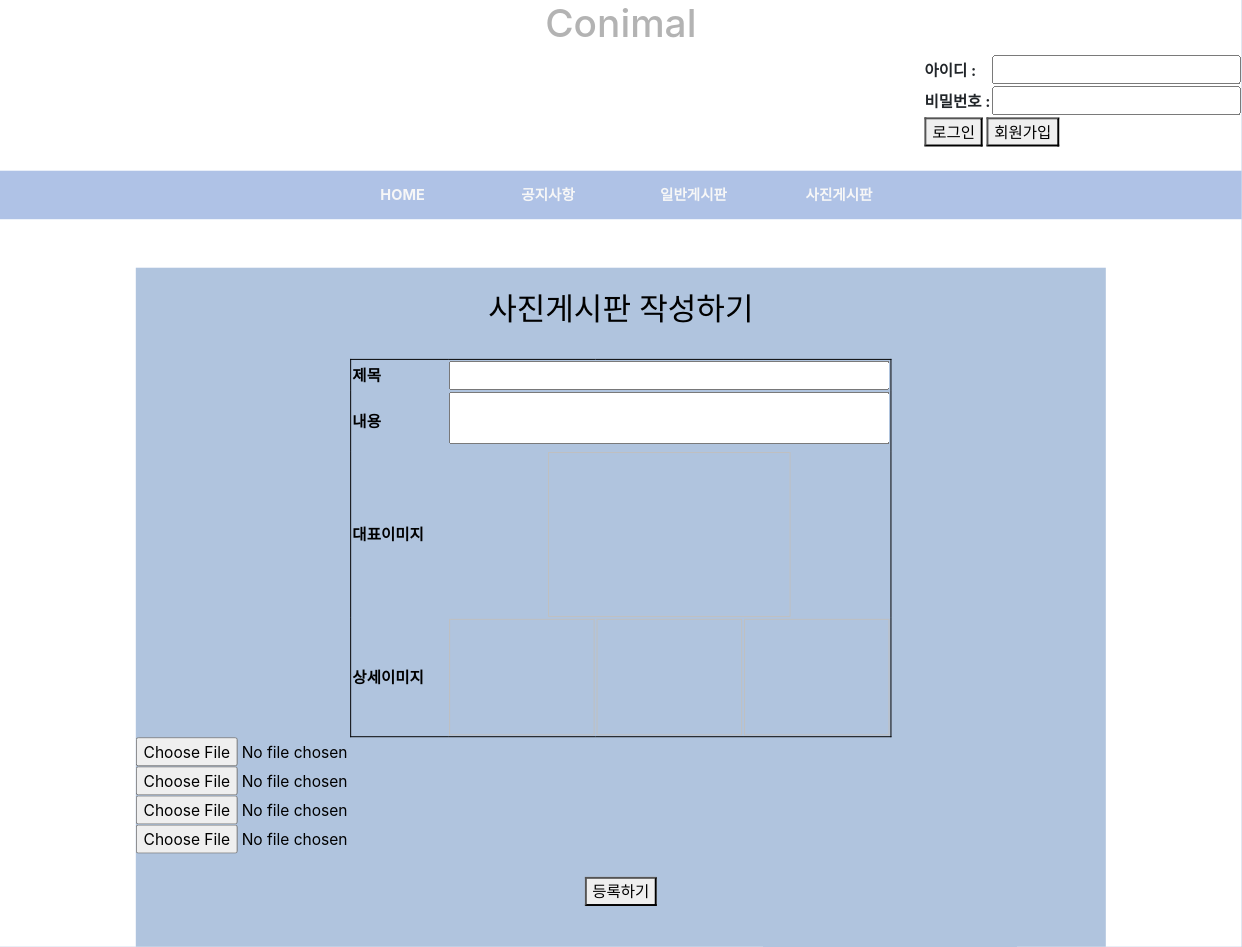
Repository: Young-27/DailyStudy
Page: http://localhost/jspProject/views/board/thumbnailEnrollForm.jsp
The author's editor kept a copy of each file at every save. The page is drawn from the files as they stood at one save, then again after the next save.
The browser window is 1280 px wide. The pictures show the whole page, at 97% of full size.
The page is served by Tomcat 9. Nobody is signed in. The application's start-up code is not run. Other server files are loaded and not shown.

Above is the page before, as saved 2021-05-17 13:04:52.

### Server/web-workspace2/jspProject/WebContent/views/board/thumbnailEnrollForm.jsp
<%@ page language="java" contentType="text/html; charset=UTF-8"
    pageEncoding="UTF-8"%>
<!DOCTYPE html>
<html>
<head>
<meta charset="UTF-8">
<title>Insert title here</title>
<style>
    .outer{
        background: lightsteelblue;
        color: black;
        width: 1000px;
        height: 700px;
        margin: auto;
        margin-top: 50px;
    }
    #enroll-form table{border:1px solid black;}
    #enroll-form input, #enroll-form textarea{width:100%; box-sizing: border-box;}
</style>
</head>
<body>

	<%@ include file="../common/menubar.jsp" %>

    <div class="outer">
        <br><h2 align="center">사진게시판 작성하기</h2><br>

        <form action="" id="enroll-form" method="post" enctype="multipart/form-data">

            <table align="center">
                <tr>
                    <th width="100">제목</th>
                    <td colspan="3"><input type="text" name="title" required></td>
                </tr>
                <tr>
                    <th>내용</th>
                    <td colspan="3">
                        <textarea row="5" style="resize: none;" name="content" required></textarea>
                    </td>

                </tr>
                <tr>
                    <th>대표이미지</th>
                    <td colspan="3" align="center">
                        <img id="titleImg" width="250" height="170">
                    </td>

                </tr>
                <tr>
                    <th>상세이미지</th>
                    <td><img id="contentImg1" width="150" height="120"></td>
                    <td><img id="contentImg2" width="150" height="120"></td>
                    <td><img id="contentImg3" width="150" height="120"></td>
                </tr>
            </table>

            <div id="file-area">
                <input type="file" id="file1" name="file1" onchange="loadImg(this, 1);" required>
                <input type="file" id="file2" name="file2" onchange="loadImg(this, 2);">
                <input type="file" id="file3" name="file3" onchange="loadImg(this, 3);">
                <input type="file" id="file4" name="file4" onchange="loadImg(this, 4);">
            </div>

            <script>
                function loadImg(inputFile, num){
                    // inputFile : 현재 변호가 생긴 input type="file" 요소객체
                    // num : 몇번째 input요소인지 확인 후 해당 그 영역에 미리보기 하기 위해서
                    console.log(inputFile.files.length);

                    if(inputFile.files.length == 1){
                		// 선택된 파일이 존재할 경우
                		// => 선택된 파일을 읽어들여서 그 영역에 맞는 곳에 미리보기

                		// 파일을 읽어들일 FileReader 객체 생성
                		var reader = new FileReader();

                		// 파일을 읽어들이는 메소드 => 해당 파일을 읽어들이는 순간 해당 그 파일만의 고유한 url 부여됨
                		reader.readAsDataURL(inputFile.files[0]);

                		// 파일 읽기가 다 완료되었을 때 실행할 함수를 정의
                		reader.onload = function(e){
                			// 각 영역에 맞춰서 이미지 미리보기
                			switch(num){
	                			case 1: $("#titleImg").attr("src", e.target.result); break;
	                			case 2: $("#contentImg1").attr("src", e.target.result); break;
	                			case 3: $("#contentImg2").attr("src", e.target.result); break;
	                			case 4: $("#contentImg3").attr("src", e.target.result); break;
	                		}
                		}

                	}else{ // 선택된 파일이 사라졌을 경우 => 미리보기 사라지게
                		switch(num){
	            			case 1: $("#titleImg").attr("src", null); break;
	            			case 2: $("#contentImg1").attr("src", null); break;
	            			case 3: $("#contentImg2").attr("src", null); break;
	            			case 4: $("#contentImg3").attr("src", null); break;
            			}
                	}
				}
            </script>

            <br>

            <div align="center">
                <button type="submit">등록하기</button>
            </div>

        </form>

    </div>
</body>
</html>

### Server/web-workspace2/jspProject/WebContent/views/common/menubar.jsp
<%@ page language="java" contentType="text/html; charset=UTF-8"
    pageEncoding="UTF-8" import="com.kh.member.model.vo.Member"%>
<%
	//System.out.println(request.getContextPath()); => /jsp
	String contextPath = request.getContextPath();

	Member loginUser = (Member)session.getAttribute("loginUser");
	// 로그인 전 menubar.jsp 로딩시 : null
	// 로그인 성공 후 menubar.jsp 로딩시 : 로그인 성공한 회원의 정보가 담겨있는 Member객체

	String alertMsg = (String)session.getAttribute("alertMsg");
	// 서비스요청 전 menubar.jsp 로딩시 : null
	// 서비스요청 성공 후 menubar.jsp 로딩시 : alert로 띄워줄 메세지문구

%>
<!DOCTYPE html>
<html>
<head>
<meta charset="UTF-8">
<title>Insert title here</title>
<!-- Latest compiled and minified CSS -->
<link rel="stylesheet" href="https://maxcdn.bootstrapcdn.com/bootstrap/4.5.2/css/bootstrap.min.css">

<!-- jQuery library -->
<script src="https://ajax.googleapis.com/ajax/libs/jquery/3.5.1/jquery.min.js"></script>

<!-- Popper JS -->
<script src="https://cdnjs.cloudflare.com/ajax/libs/popper.js/1.16.0/umd/popper.min.js"></script>

<!-- Latest compiled JavaScript -->
<script src="https://maxcdn.bootstrapcdn.com/bootstrap/4.5.2/js/bootstrap.min.js"></script>
</head>
<style>
    #login-form, #user-info {float:right}
    #user-info a{
        text-decoration: none;
        color: black;
        font-size: 12px;
    }
    .nav-area{background:rgb(175, 194, 230)}
    .menu{
        display:table-cell;
        height: 50px;
        width: 150px;
    }
    .menu a{
        text-decoration: none;
        color: rgb(247, 247, 247);
        font-size: 15px;
        font-weight: bold;
        display: block;
        width: 100%;
        height: 100%;
        line-height: 50px;
    }
    .menu a:hover{
        background: darkgray;
    }
</style>
<body>

	<script>
		var msg = "<%= alertMsg %>";
		// var msg = 성공적으로 로그인 되었습니다.; -> 쌍(홑)따옴표 붙여주지 않으면 해당문구 오류!
		// var msg = "메세지" / "null"

		if(msg != "null"){
			alert(msg);
			// 알림창 띄워준 후 session에 담긴 해당 메세지는 지워줘야함
			// 그렇지 않으면 menubar.jsp가 로딩될때마다 매번 alert가 계속 뜰거임
			<% session.removeAttribute("alertMsg"); %>
		}

    </script>


    <h1 align="center" style="color: rgb(179, 179, 179);">Conimal</h1>

    <div class="login-area">

		<% if(loginUser == null) { %>
	        <!--로그인전에 보이는 로그인폼-->
	        <form id="login-form" action="<%= request.getContextPath() %>/login.me" method="post">
	            <table>
	                <tr>
	                    <th>아이디 : </th>
	                    <td><input type="text" name="userId" required></td>
	                </tr>
	                <tr>
	                    <th>비밀번호 : </th>
	                    <td><input type="password" name="userPwd" required></td>
	                </tr>
	                <tr>
	                    <th colspan="2">
	                        <button type="submit">로그인</button>
	                        <button type="button" onclick="enrollPage();">회원가입</button>
	                    </th>
	                </tr>
	            </table>
	        </form>
	        <script>
	        	function enrollPage(){
	        		//location.href = "<%=contextPath%>/views/member/memberEnrollForm.jsp";
	        		// 웹 애플리케이션의 디렉토리 구조가 url에 노출 => 보안에 위험함

	        		// 단순한 정적인 페이지 요청이라고 해도 반드시 servlet을 거쳐갈것! => url에는 서블릿 매핑값만 노출
	        		location.href = "<%=contextPath%>/enrollForm.me"

	        	}
	        </script>

        <% } else { %>
        	<!-- 로그인성공후 -->
	        <div id="user-info">
	            <b><%= loginUser.getUserName() %>님</b>의 방문을 환영합니다. <br><br>
	            <div align="center">
	                <a href="<%= contextPath %>/myPage.me">마이페이지</a>
	                <a href="<%= contextPath %>/logout.me">로그아웃</a>
	            </div>
	        </div>
		<% } %>


    </div>

    <br clear="both">
    <br>

    <div class="nav-area" align="center">
        <div class="menu"><a href="<%=contextPath%>">HOME</a></div>
        <div class="menu"><a href="<%=contextPath%>/list.no">공지사항</a></div>
        <div class="menu"><a href="<%=contextPath%>/list.bo?currentPage=1">일반게시판</a></div>
        <div class="menu"><a href="<%=contextPath%>/list.th">사진게시판</a></div>

    </div>




</body>
</html>

After the next save:
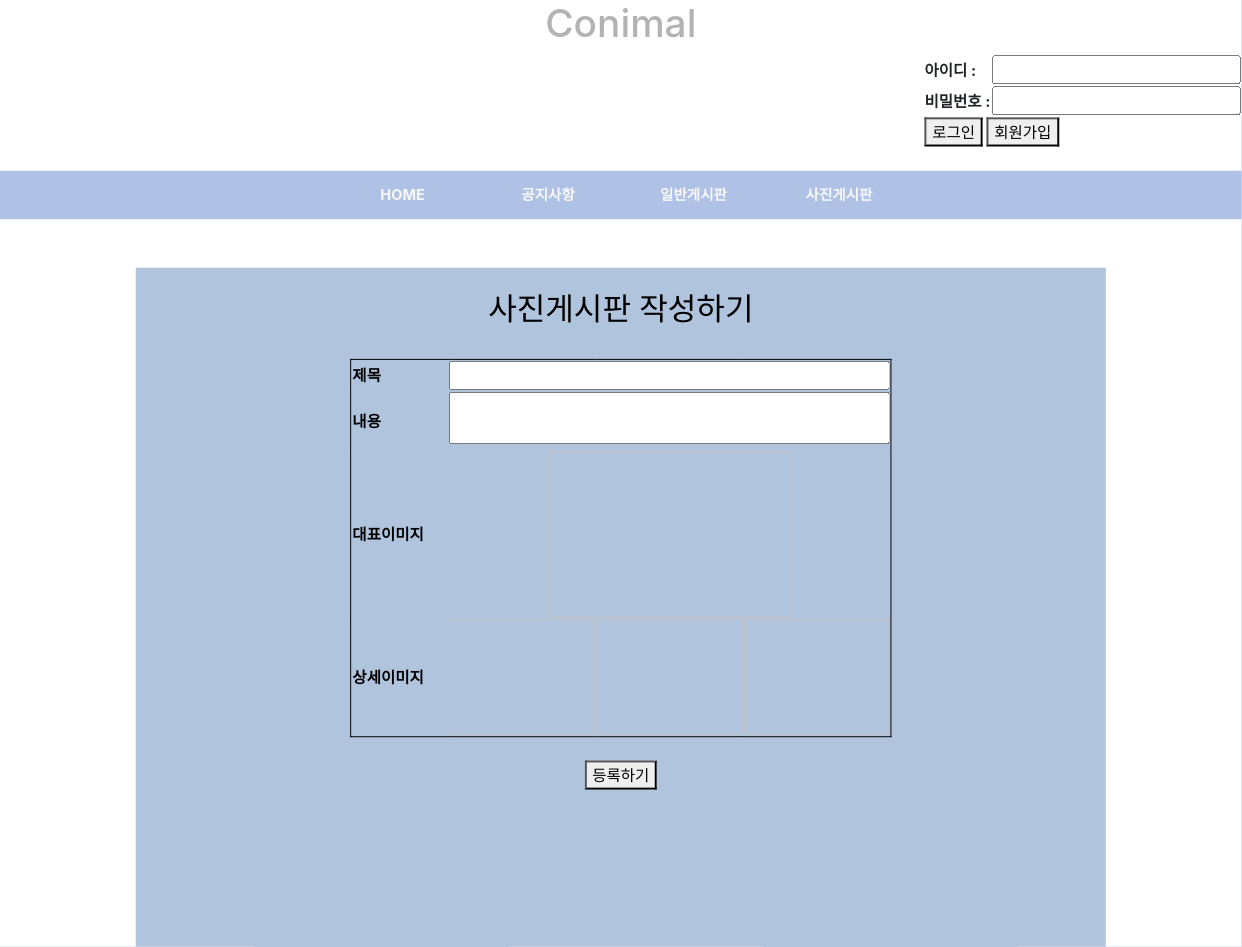
Saved 102 s later.
--- a/Server/web-workspace2/jspProject/WebContent/views/board/thumbnailEnrollForm.jsp
+++ b/Server/web-workspace2/jspProject/WebContent/views/board/thumbnailEnrollForm.jsp
@@ -62,6 +62,24 @@
             </div>
 
             <script>
+
+	            $(function(){
+	        		$("#file-area").hide();
+
+	        		$("#titleImg").click(function(){
+	        			$("#file1").click();
+	        		})
+	        		$("#contentImg1").click(function(){
+	        			$("#file2").click();
+	        		})
+	        		$("#contentImg2").click(function(){
+	        			$("#file3").click();
+	        		})
+	        		$("#contentImg3").click(function(){
+	        			$("#file4").click();
+	        		})
+	        	})
+
                 function loadImg(inputFile, num){
                     // inputFile : 현재 변호가 생긴 input type="file" 요소객체
                     // num : 몇번째 input요소인지 확인 후 해당 그 영역에 미리보기 하기 위해서
